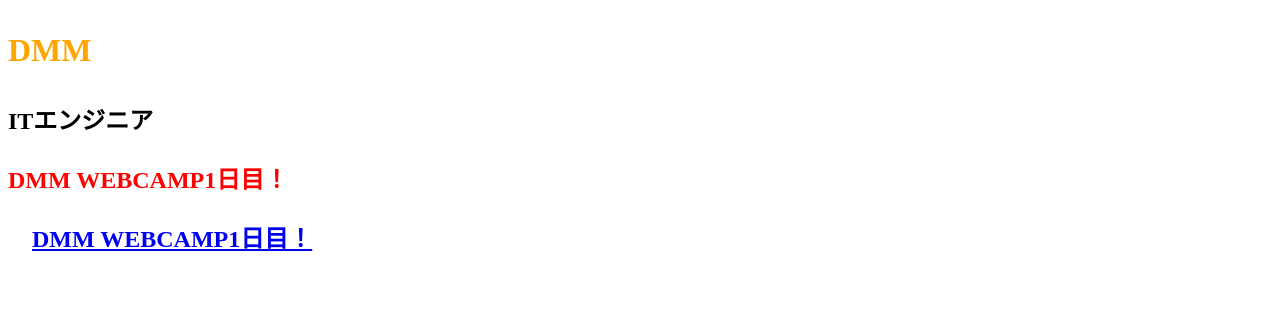
Repository: sunny0105yoko/bookers2-debug
Page: sample/sample.html
The author's editor kept a record of every edit. The page is drawn from the files as they stood at one moment, then again after the next edit.
The browser window is 1280 px wide. The pictures show the whole page.

Above is the page before.

After the next edit:
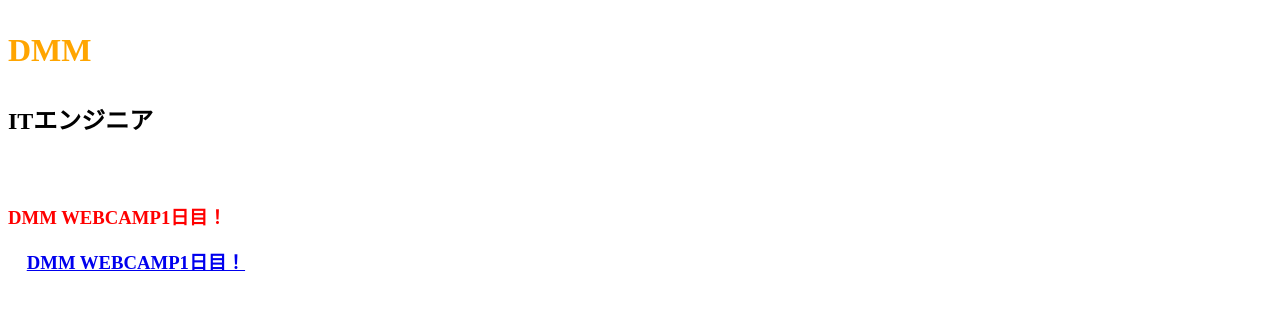
The edit:
--- a/sample/sample.html
+++ b/sample/sample.html
@@ -9,7 +9,8 @@
     <h1>
     <p class="word-orange">DMM</p>
     </h1>
-    <h2>ITエンジニア
+    <h2>ITエンジニア</h2>
+    <h3>
   　<p class="word-red">DMM WEBCAMP1日目！</p>
   　<a href="https://web-camp.online/lesson/curriculums/283/contents/2646">DMM WEBCAMP1日目！</a>
     </h2>
